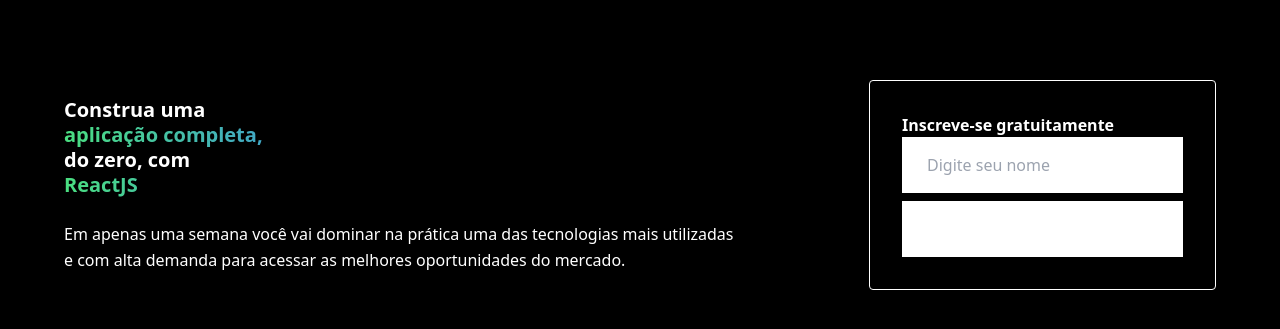
Repository: LuisSempre/Ignite-Lab---ReactJs-2022
Page: /
An editor plug-in stored every save of this project. The page is shown before and after the next save, followed by the edit.
The browser window is 1280 px wide. The pictures show the whole page.
The project was rebuilt for these pictures with package versions that can differ from the ones it lists, and the page was loaded fresh each time. Also part of the build but not shown: vite.config.ts, components/Header.tsx, components/Lesson.tsx, components/Sidebar.tsx, pages/Event.tsx. Imported but missing from the stored project, and not drawn on this page: components/Video.

Above is the page before, as saved 2022-06-24 23:52:02.

### index.html
<!DOCTYPE html>
<html lang="en">
  <head>
    <meta charset="UTF-8" />
    <link rel="icon" type="image/svg+xml" href="/src/icon.png" />
    <meta name="viewport" content="width=device-width, initial-scale=1.0" />
    <title>Vite App</title>
  </head>
  <body>
    <div id="root"></div>
    <script type="module" src="/src/main.tsx"></script>
  </body>
</html>

### src/main.tsx
import React from 'react'
import ReactDOM from 'react-dom/client'
import App from './App'
import './index.css'

ReactDOM.createRoot(document.getElementById('root')!).render(
  <React.StrictMode>
      <App />
  </React.StrictMode>
)

### src/App.tsx
import { ApolloProvider, gql, useQuery } from "@apollo/client"
import { Router } from "../Router"
import { client } from '../lib/apollo'
import { BrowserRouter } from "react-router-dom"

function App() {
  return (
    <ApolloProvider client={client}>
      <BrowserRouter>
        <Router />
      </BrowserRouter>
    </ApolloProvider>
  )
}

export default App

### Router.tsx
import { Route, Routes } from "react-router-dom";
import { Event } from './pages/Event'
import { Subscribe } from './pages/Subscribe'
export function Router() {
    return(
      <Routes>
           <Route path="/" element={<Subscribe />}/>
           <Route path="/event" element={<Event />}/>
           <Route path="/event/lesson/:slug" element={<Event />}/>
      </Routes>
    )
}

### lib/apollo.ts
import { ApolloClient, InMemoryCache } from "@apollo/client";

export const client = new ApolloClient({
  uri: 'https://api-sa-east-1.graphcms.com/v2/cl4n4k5w68h3x01yra00r5rzf/master',
  cache: new InMemoryCache(),
})

### pages/Subscribe.tsx
export function Subscribe() {

    return (
        <div className='flex flex-col items-center min-h-screen'>
            <div className="flex items-center justify-between w-full max-w-6xl mx-auto mt-20">
                <div className="max-w-2xl">
                    <h1 className="mb-6 text-xl font-extrabold leading-tight">
                        Construa uma&nbsp;
                         <span className="block w-full text-transparent bg-clip-text bg-gradient-to-r from-green-400 via-blue-500 to-purple-500">
                            aplicação completa,&nbsp;
                        </span>
                        do zero, com&nbsp;
                         <span className="block w-full text-transparent bg-clip-text bg-gradient-to-r from-green-400 via-blue-500 to-purple-500">
                             ReactJS
                        </span>
                    </h1>
                    <p className="leading-relaxed">
                        Em apenas uma semana você vai dominar na prática uma das tecnologias mais utilizadas e com alta demanda para acessar as melhores oportunidades do mercado.
                    </p>
                </div>
                <div className="p-8 border border-white rounded">
                    <strong>Inscreve-se gratuitamente</strong>
                    <form action="" className="flex flex-col w-full gap-2">
                        <input className="px-6 border border-white h-14" type="text" placeholder="Digite seu nome"/>
                        <input className="px-6 border border-white h-14" type="text" />
                    </form>
                </div>
            </div>
        </div>
    )
}

Loaded but not shown: src/index.css (common file); tailwind.config.js (common file)

After the next save:
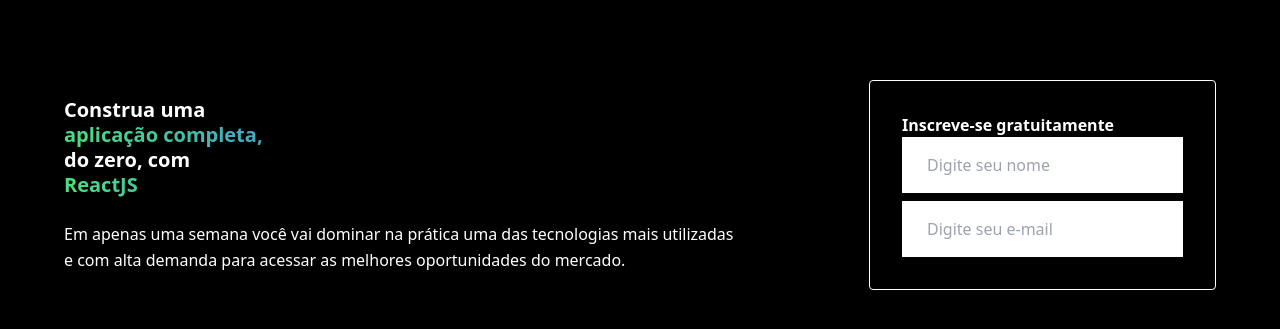
Saved 9 s later.
--- a/pages/Subscribe.tsx
+++ b/pages/Subscribe.tsx
@@ -22,7 +22,7 @@
                     <strong>Inscreve-se gratuitamente</strong>
                     <form action="" className="flex flex-col w-full gap-2">
                         <input className="px-6 border border-white h-14" type="text" placeholder="Digite seu nome"/>
-                        <input className="px-6 border border-white h-14" type="text" />
+                        <input className="px-6 border border-white h-14" type="text" placeholder="Digite seu e-mail"/>
                     </form>
                 </div>
             </div>
